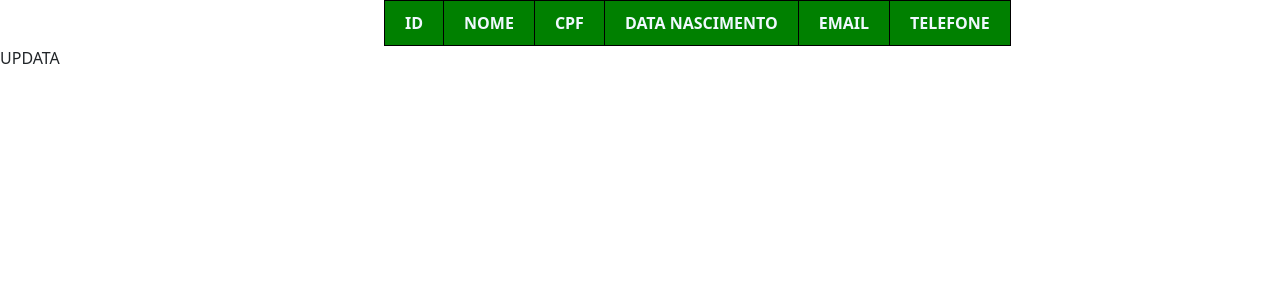
Repository: ujota/crud-cliente
Page: api-clientes/front/html/cliente.html
An editor plug-in stored every save of this project. The page is shown before and after the next save, followed by the edit.
The browser window is 1280 px wide. The pictures show the whole page.
The page's requests for data from a server got no answer.

Above is the page before, as saved 2022-10-03 19:20:48.

After the next save:
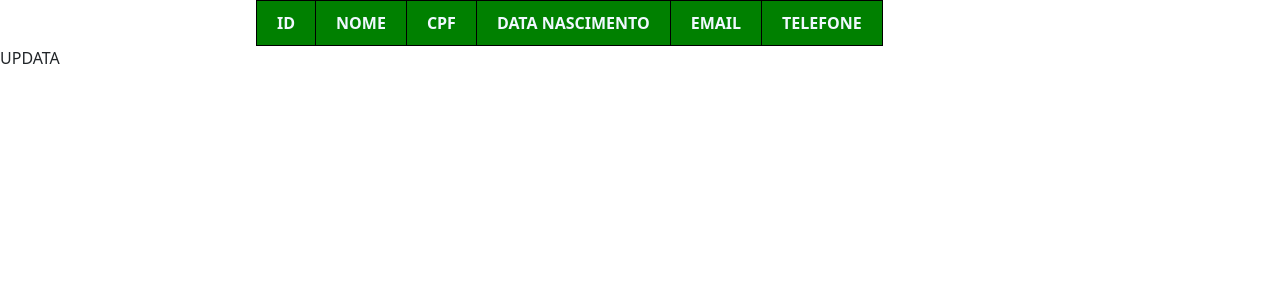
Saved 9 s later.
--- a/api-clientes/front/css/cliente.css
+++ b/api-clientes/front/css/cliente.css
@@ -1,5 +1,5 @@
 table{
-    margin-left: 30%;
+    margin-left:20%;
     text-align: center;
     border-collapse: collapse;
     border-spacing: 0;
